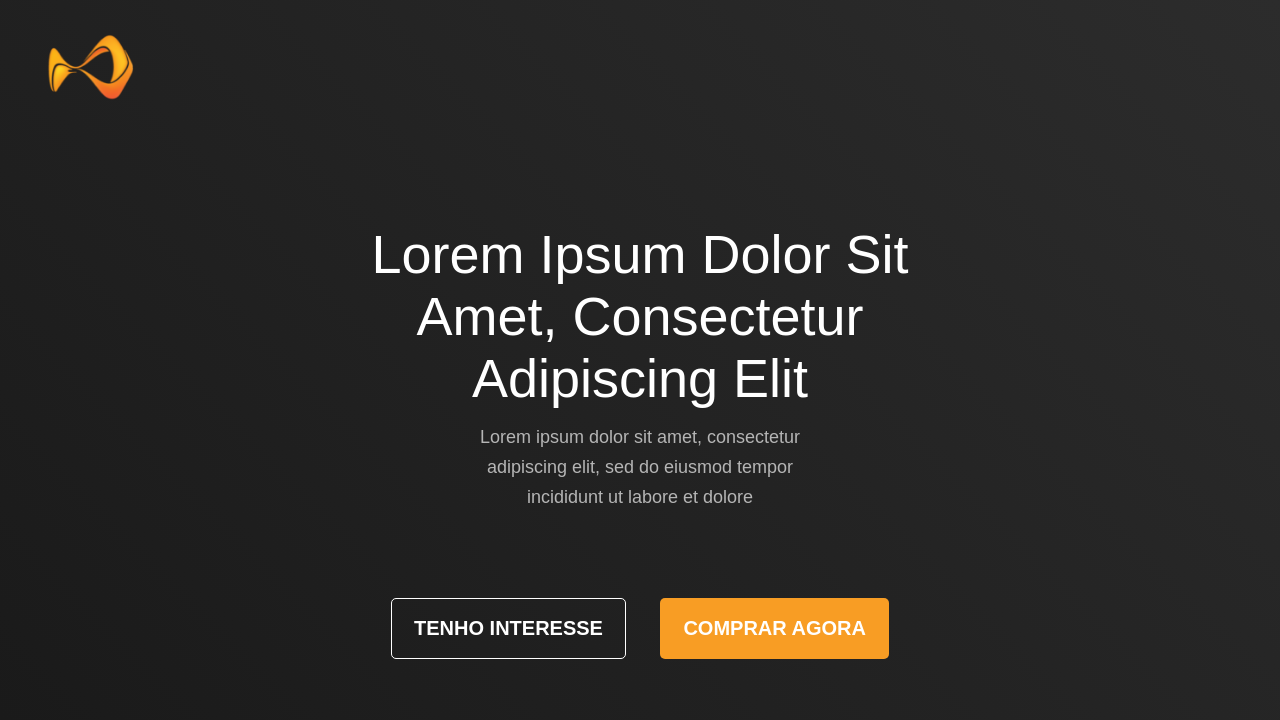
Repository: Rafael-Araujo-dev/Treinamento-Raccoon
Page: Projeto-2/index.html
An editor plug-in stored every save of this project. The page is shown before and after a run of saves, followed by the edit.
The browser window is 1280 px wide. The pictures show the whole page.
Some web fonts or font styles are not loaded; a fallback is used.

Above is the page before, as saved 2021-09-23 07:32:49.

### Projeto-2/index.html
<!DOCTYPE html>
<html>
    <head>
        <title></title>
        <meta charset="utf-8"/>
        <meta name="viewport" content="width=device-width,initial-scale=1.0,maximum-scale=1.0">
        <link rel="preconnect" href="https://fonts.googleapis.com">
        <link rel="preconnect" href="https://fonts.gstatic.com" crossorigin>
        <link href="https://fonts.googleapis.com/css2?family=Yantramanav:wght@300;400;700&display=swap" rel="stylesheet">
        <link rel="stylesheet" href="css/style.css"/>
    </head>
    <body>
        <section class="hero-section">
            <div class="hero-header">
                <img class="logo" src="images/LOGOSYNAPSE_simbolo_laranja.png"/>
            </div>
            <div class="hero-container">
                <div class="hero-title">
                    Lorem ipsum dolor sit amet, consectetur adipiscing elit
                </div>
                <div class="hero-text">
                    Lorem ipsum dolor sit amet, consectetur adipiscing elit, sed do eiusmod tempor incididunt ut labore et dolore
                </div>
            </div>
            <div class="hero-btn-group">
                <button class="btn secondary">
                    Tenho interesse
                </button>
                <button class="btn primary">
                    Comprar agora
                </button>
            </div>
        </section>

        <section class="course-summary">

        </section>

    </body>
</html>

### Projeto-2/css/style.css
* {
    margin: 0;
    padding: 0;
    box-sizing: border-box;
    font-family: 'Yantramanav', sans-serif;
}

.btn {
    font-size: 20px;
    text-transform: uppercase;
    padding: 18px 22px;
    margin: 0px 15px 24px 15px;
    font-weight: bold;
}

@media (max-width: 890px) {
    .btn {
        font-size: 20px;
    }
}

@media (max-width: 645px) {
    .btn {
        font-size: 17px;
    }
}

@media (max-width: 500px) {
    .btn {
        font-size: 16px;
    }
}

.btn.primary {
    background-color: #F89D24;
    border: 1px solid transparent;
    border-radius: 5px;
    color: #FFF;
}

.btn.secondary {
    background-color: transparent;
    border: 1px solid #FFF;
    border-radius: 5px;
    color: #FFF;
}

.hero-section {
    background: rgb(26,26,26);
    background: linear-gradient(45deg, rgba(26,26,26,1) 0%, rgba(44,44,44,1) 100%);
    min-height: 100vh;
}

.hero-header .logo {
    margin-left: 3.15%;
    margin-top: 2%;
    width: 12.1%;
    max-width: 100px;
}

.hero-container {
    position: relative;
    margin: auto;
    width: 50%;
    display: flex;
    flex-direction: column;
    flex-wrap: wrap;
}

@media (max-width: 1240px) {
    .hero-container {
        width: 60%;
    }
}

@media (max-width: 1028px) {
    .hero-container {
        width: 70%;
    }
}

@media (max-width: 890px) {
    .hero-container {
        width: 80%;
    }
}

.hero-title, .hero-text {
    color: #FFFFFF;
    text-align: center;
}

.hero-title {
    font-size: 54px;
    margin-top: 15.5vh;
    text-transform: capitalize;
}

@media (max-width: 890px) {
    .hero-title {
        /* margin-top: 14%; */
        font-size: 45px;
    }
}

@media (max-width: 645px) {
    .hero-title {
        /* margin-top: 8%; */
        font-size: 40.5px;
    }
}

@media (max-width: 500px) {
    .hero-title {
        /* margin-top: 0%; */
    }
}

.hero-text {
    color: #B5B5B5;
    font-size: 18px;
    width: 60%;
    margin-top: 1.8vh;
    line-height: 30px;
    align-self: center;
}

@media (max-width: 1024px) {
    .hero-text {
        width: 80%;
    }
}

@media (max-width: 890px) {
    .hero-text {

        font-size: 15px;
        width: 50%;
    }
}

@media (max-width: 645px) {
    .hero-text {

        font-size: 13.5px;
        width: 80%;
    }
}

@media (max-width: 500px) {
    .hero-text {
        /* margin-top: 5%; */
        width: 100%;
    }
}

.hero-btn-group {
    margin-top: 12vh;
    text-align: center;

}

After the next 11 saves:
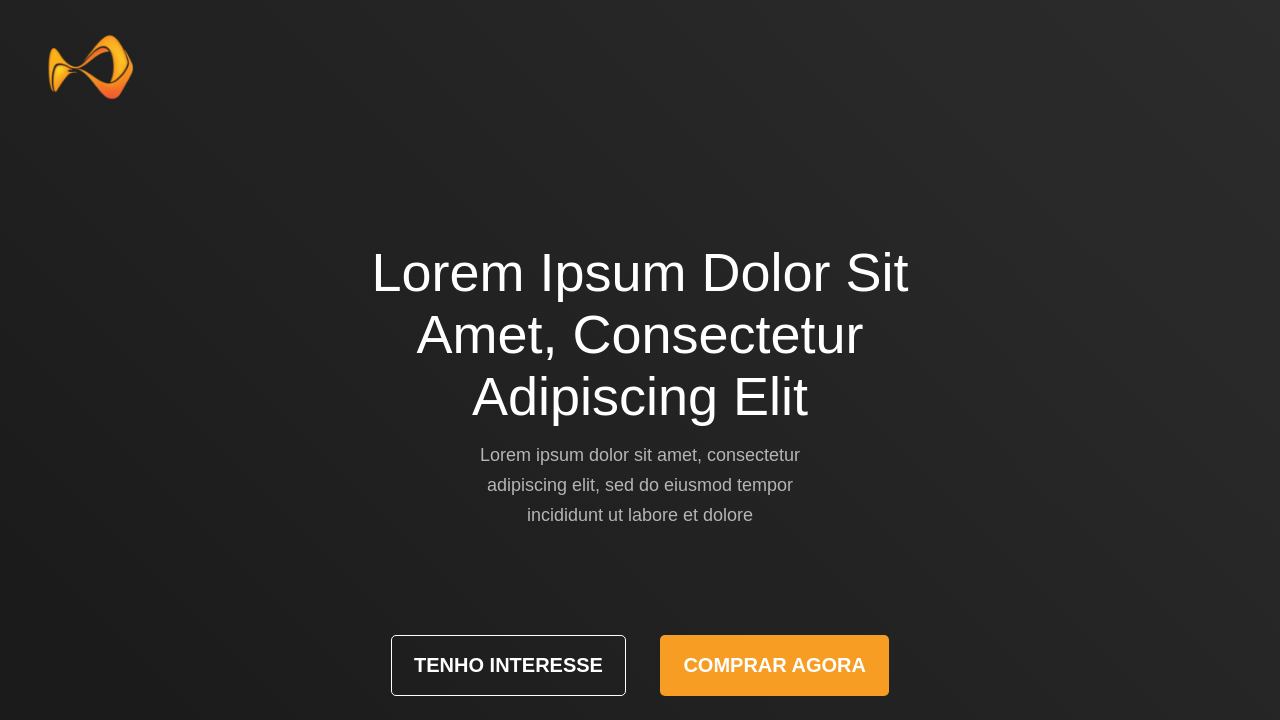
The 11 saves are shown as one change because they came seconds apart.
The last was saved 43 s later.
--- a/Projeto-2/css/style.css
+++ b/Projeto-2/css/style.css
@@ -49,6 +49,9 @@
     background: rgb(26,26,26);
     background: linear-gradient(45deg, rgba(26,26,26,1) 0%, rgba(44,44,44,1) 100%);
     min-height: 100vh;
+    display: flex;
+    flex-direction: column;
+    justify-content: space-around;
 }
 
 .hero-header .logo {
